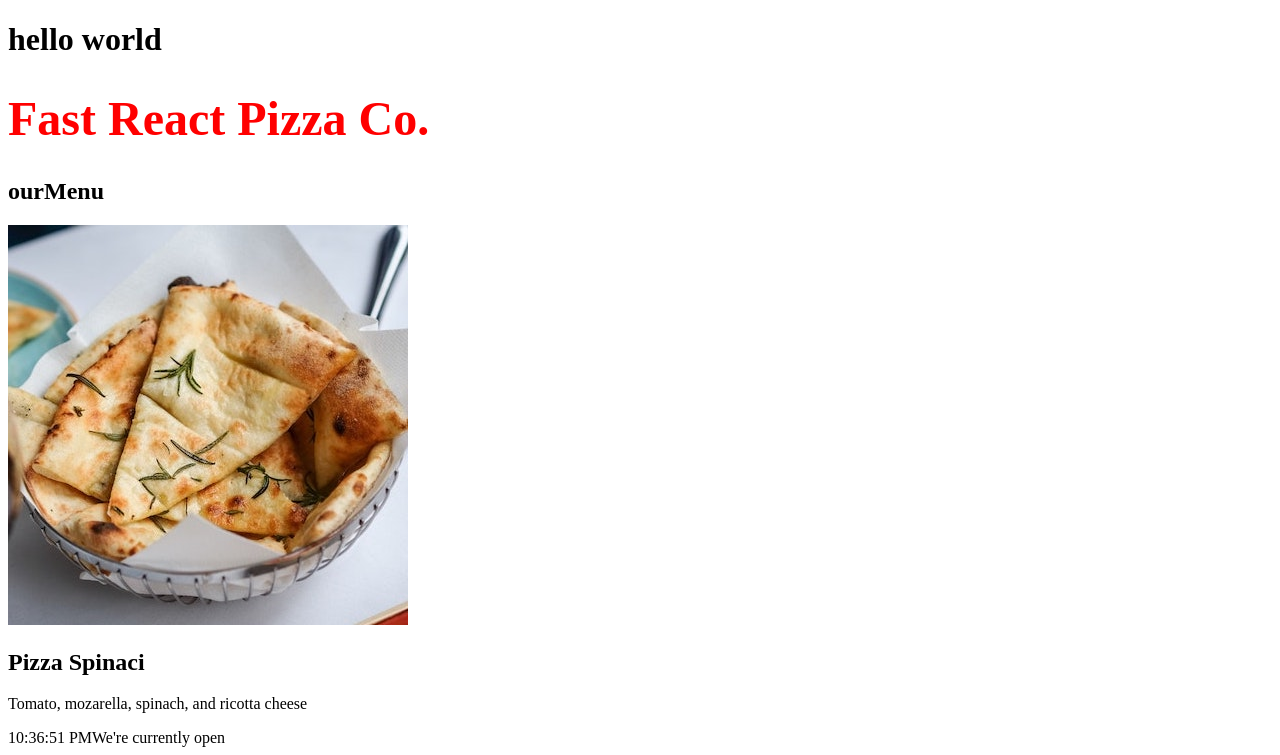
Repository: DhaWork/1-react-dasar-udemy-25
Page: /
These files come from the project's save history. The page is drawn as it stood at one moment and after the next save; the edit follows.
The browser window is 1280 px wide. The pictures show the whole page.
The project was rebuilt for these pictures with package versions that can differ from the ones it lists, and the page was loaded fresh each time.

Above is the page before, as saved 2025-04-02 11:48:17.

After the next save:
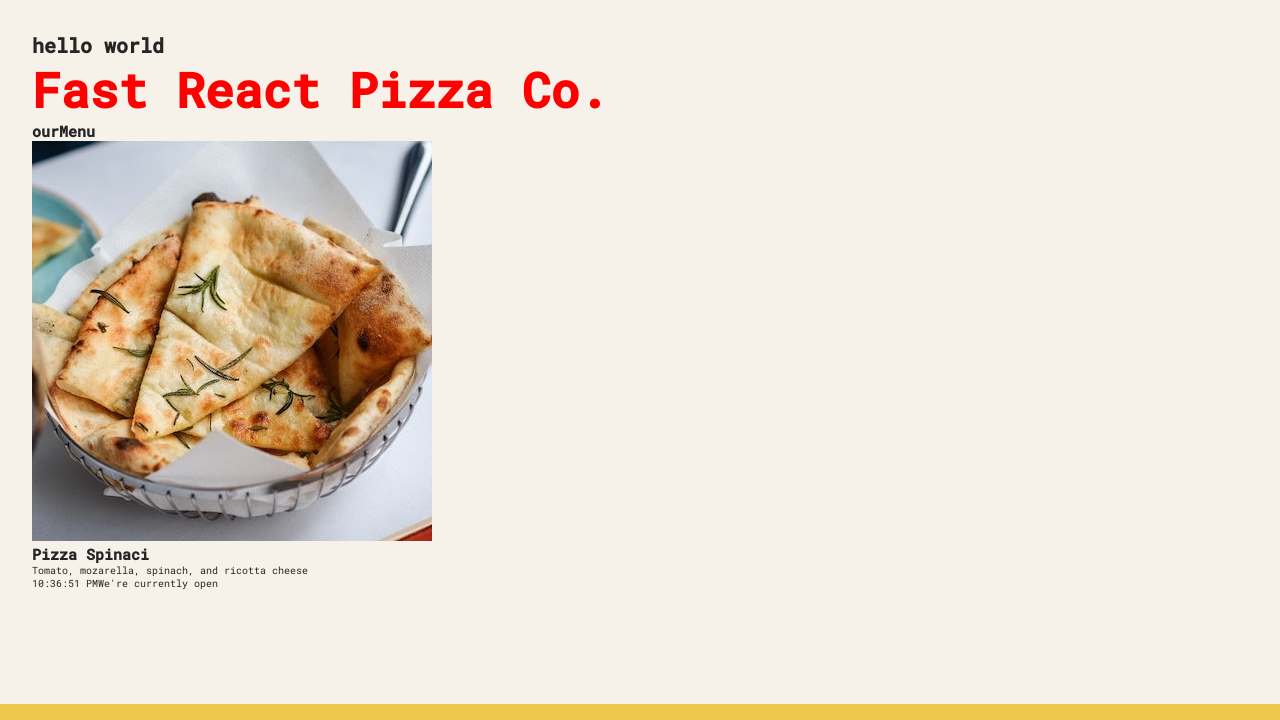
Saved 4 s later.
--- a/src/index.js
+++ b/src/index.js
@@ -1,6 +1,6 @@
 import react from "react";
 import ReactDOM from "react-dom/client";
-import "./"
+import "./index.css";
 
 const pizzaData = [
   {
